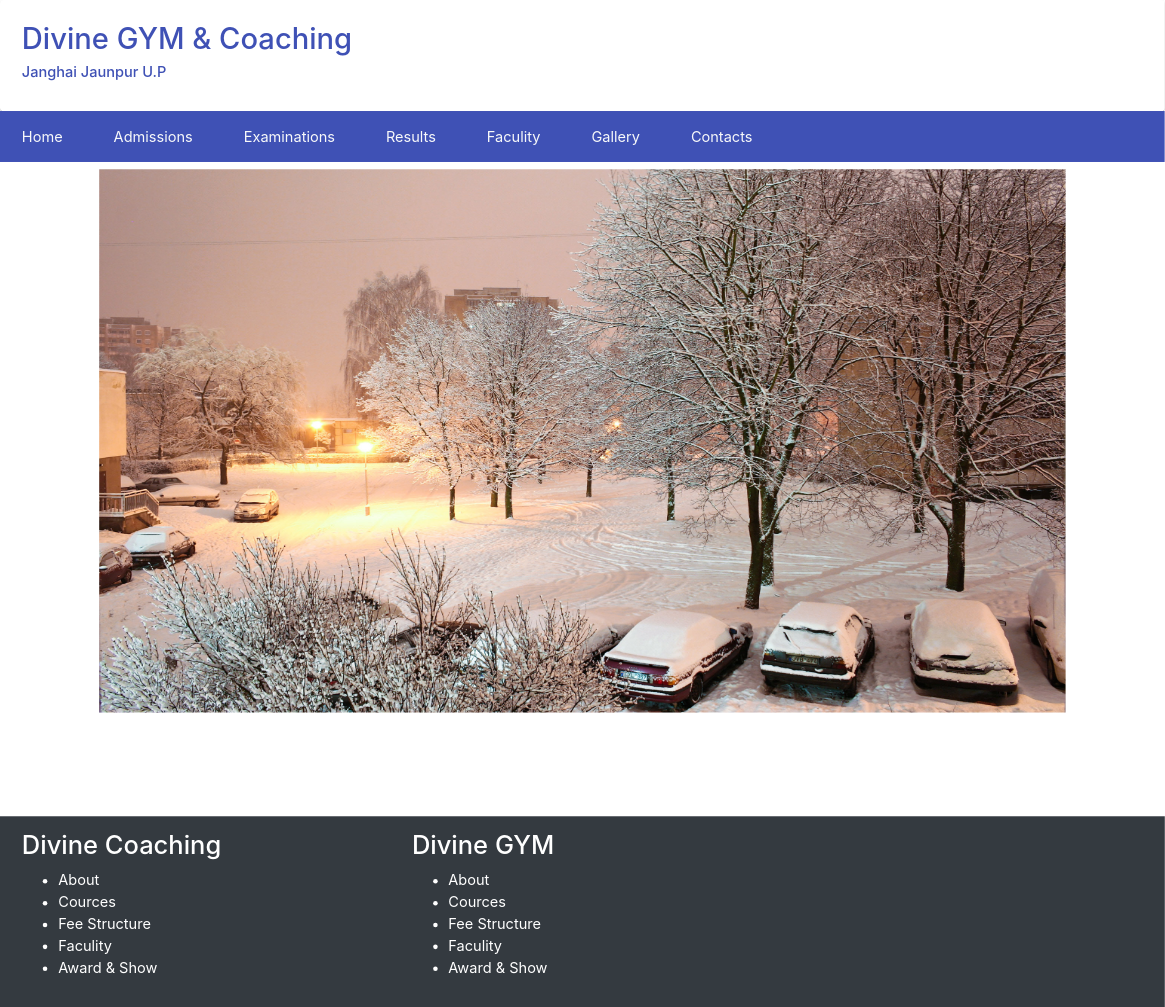
Repository: lalji-yadav/vikash-Coaching-frontend
Page: /gallery
The author's editor kept a copy of each file at every save. The page is drawn from the files as they stood at one save, then again after the next save.
The browser window is 1280 px wide. The pictures show the whole page, at 91% of full size.
The project was rebuilt for these pictures with package versions that can differ from the ones it lists, and the page was loaded fresh each time. Also part of the build but not shown: src/index.css, src/home/home.js, src/component/admission/admission.js, src/component/examination/examination.js, src/component/results/result.js, src/component/faculity/faculity.js.

Above is the page before, as saved 2021-04-11 12:46:33.

After the next save:
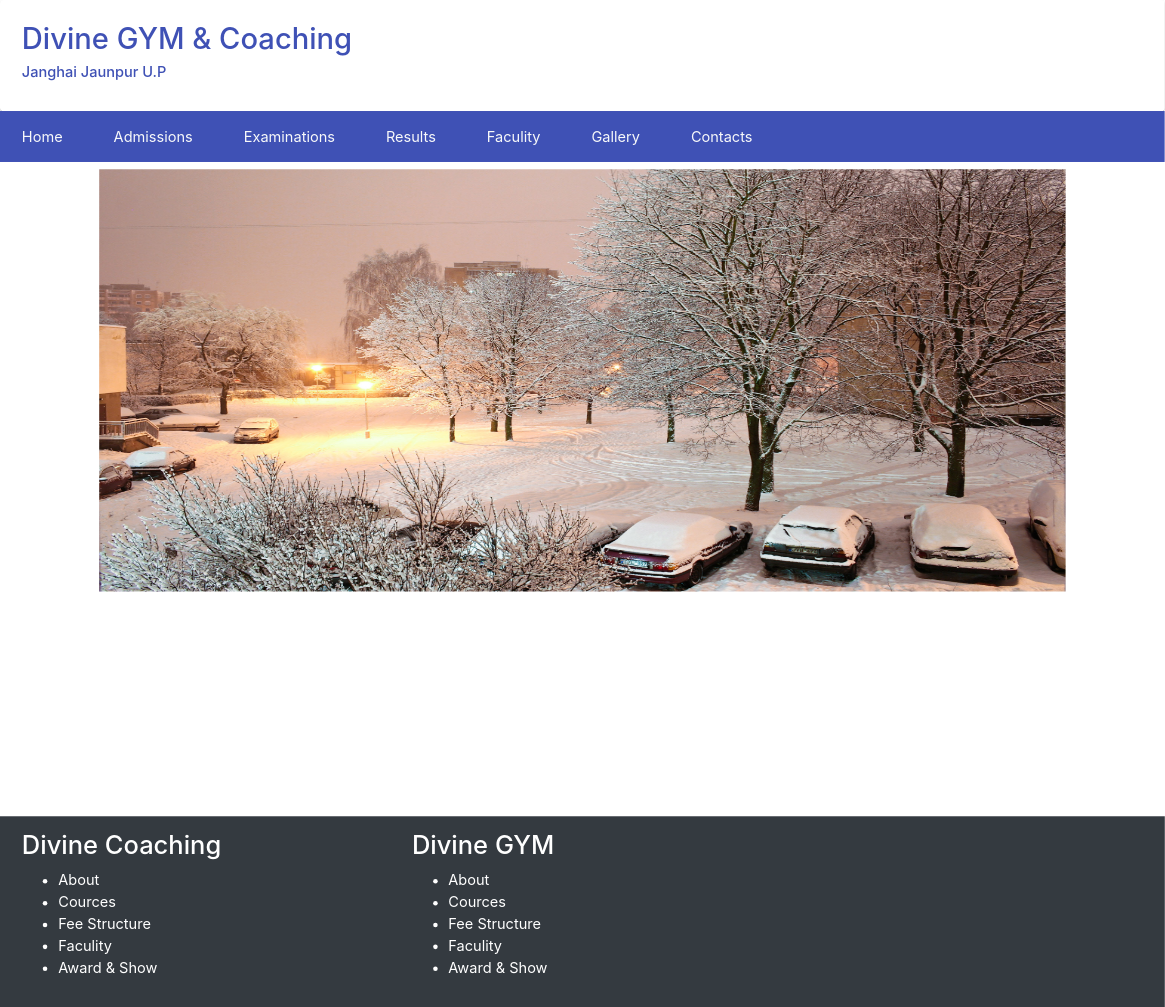
Saved 15 s later.
--- a/src/component/gallery/gallery.js
+++ b/src/component/gallery/gallery.js
@@ -7,7 +7,7 @@ class gallery extends Component {
             <div>
                 <div className="row">
                     <div className="col-sm-10 offset-sm-1 mt-2">
-                        <img style={{width:"100%", height:"90%"}}
+                        <img style={{width:"100%", height:"70%"}}
                          src={process.env.PUBLIC_URL + '/image/gallery/Admin/0 (22) - Copy.jpg'} alt="" />
                     </div>
                     <div className="col-md-5">
